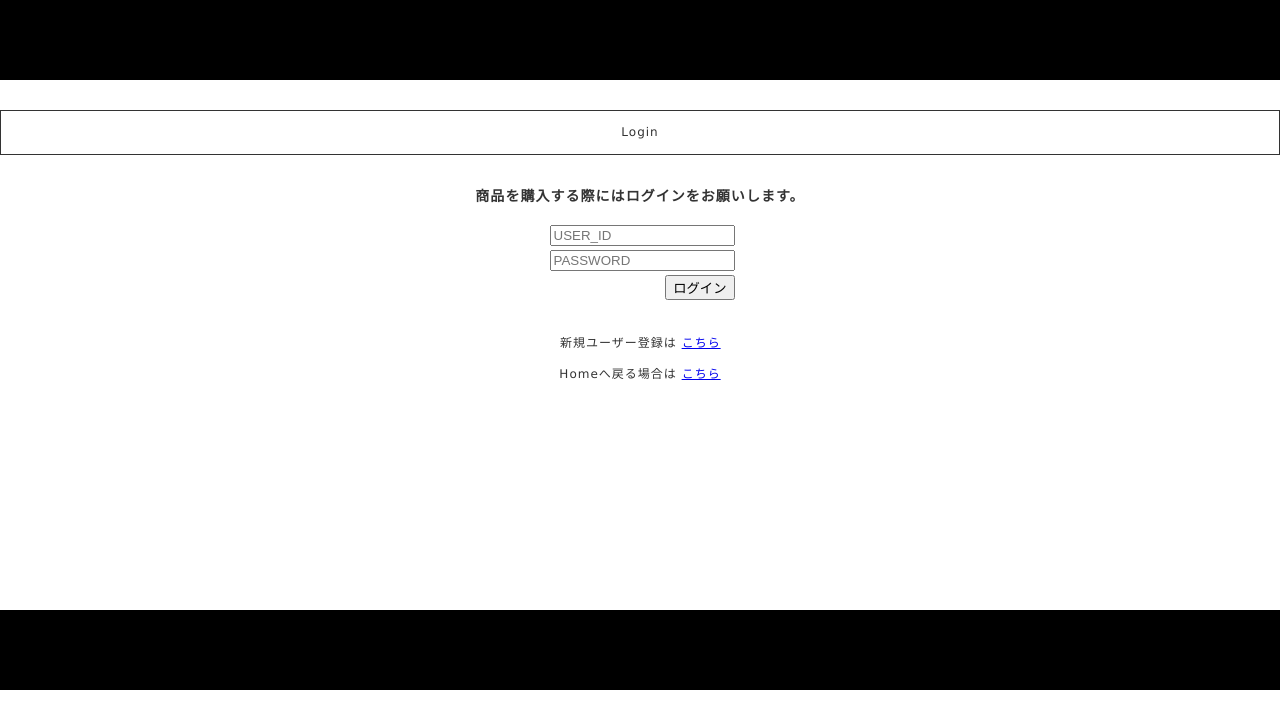
Repository: hirose0320/test
Page: http://localhost/ecsite/login.jsp
An editor plug-in stored every save of this project. The page is shown before and after the next save, followed by the edit.
The browser window is 1280 px wide. The pictures show the whole page.
The page is served by Tomcat 9.

Above is the page before, as saved 2019-02-27 08:35:47.

After the next save:
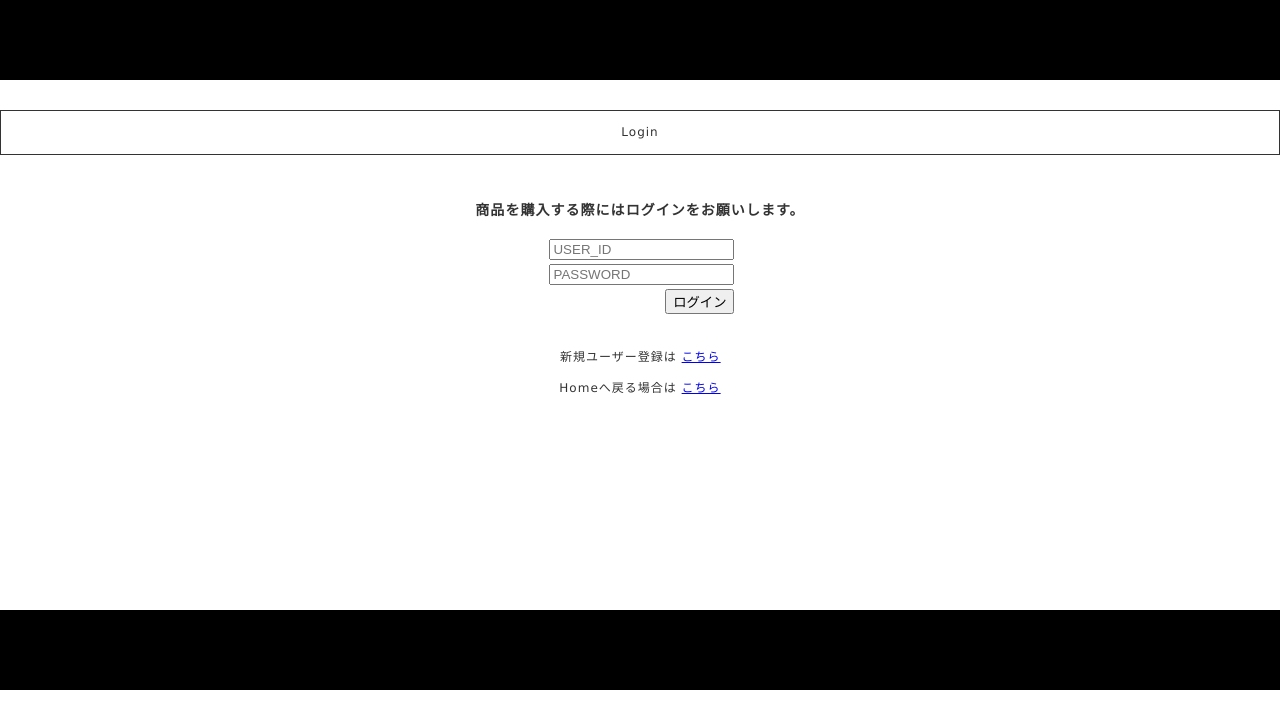
Saved 64 s later.
--- a/ecsite/WebContent/login.jsp
+++ b/ecsite/WebContent/login.jsp
@@ -58,6 +58,10 @@
 	display: inline-block;
 	text-align: right;
 }
+#text-center {
+	display: inline-block;
+	text-align: center;
+}
 </style>
 </head>
 <body>
@@ -68,7 +72,7 @@
 		<div id="top">
 			<p>Login</p>
 		</div>
-		<div>
+		<div id=text-center>
 			<h3>商品を購入する際にはログインをお願いします。</h3>
 			<s:form action="LoginAction">
 				<s:textfield name="loginUserId" placeholder="USER_ID" />
